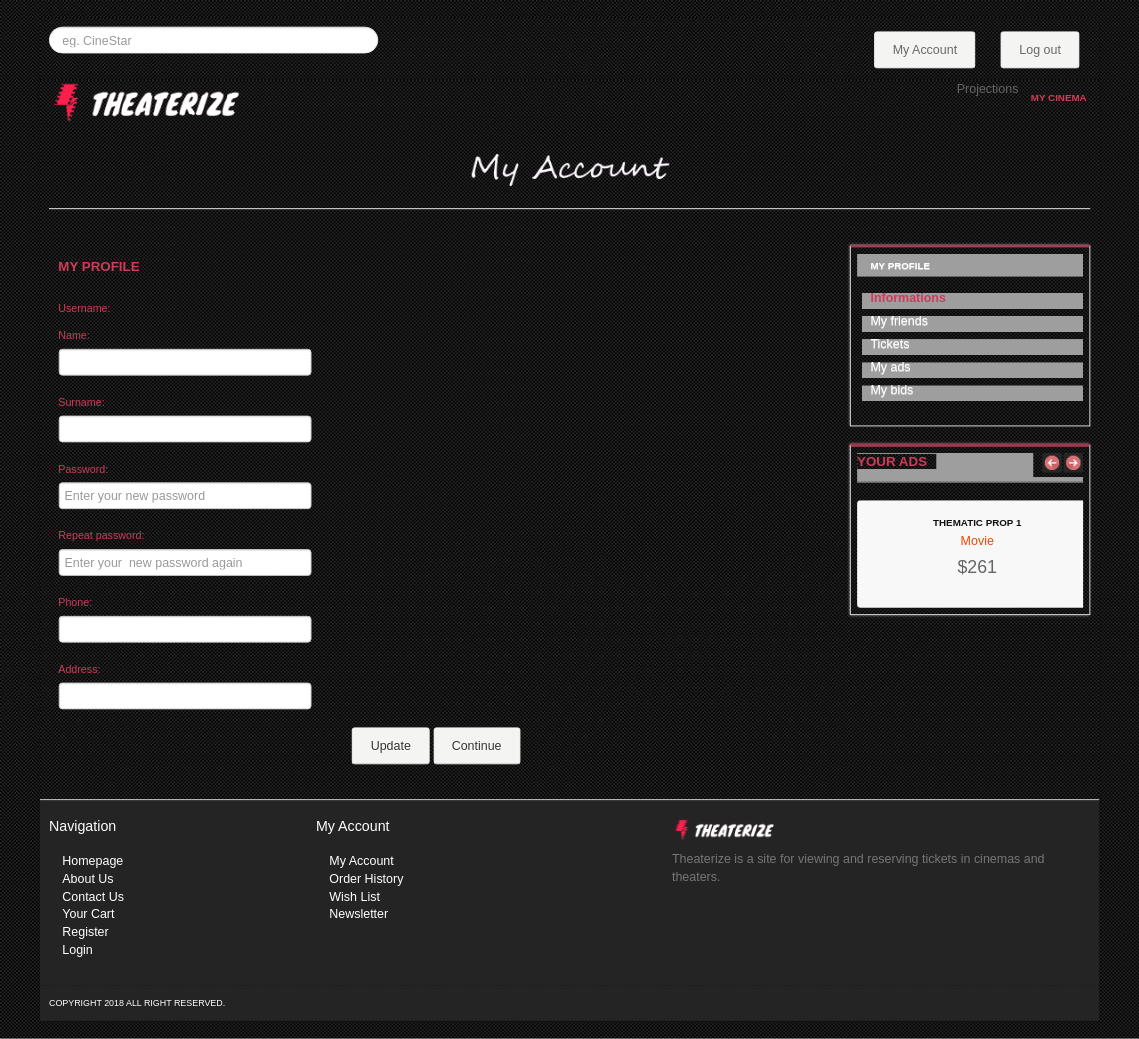
Repository: vulevule/ISA-MRS
Page: demo/src/main/resources/static/myaccount.html
These files come from the project's save history. The page is drawn as it stood at one moment and after the next save; the edit follows.
The browser window is 1280 px wide. The pictures show the whole page, at 89% of full size.
Pictures or frames that could not be fetched are drawn as grey boxes. The page's requests for data from a server got no answer. Backgrounds fixed to the window are drawn as part of the page. Some web fonts or font styles are not loaded; a fallback is used. Some web libraries are served in a nearby version.

Above is the page before, as saved 2018-06-17 23:43:42.

After the next save:
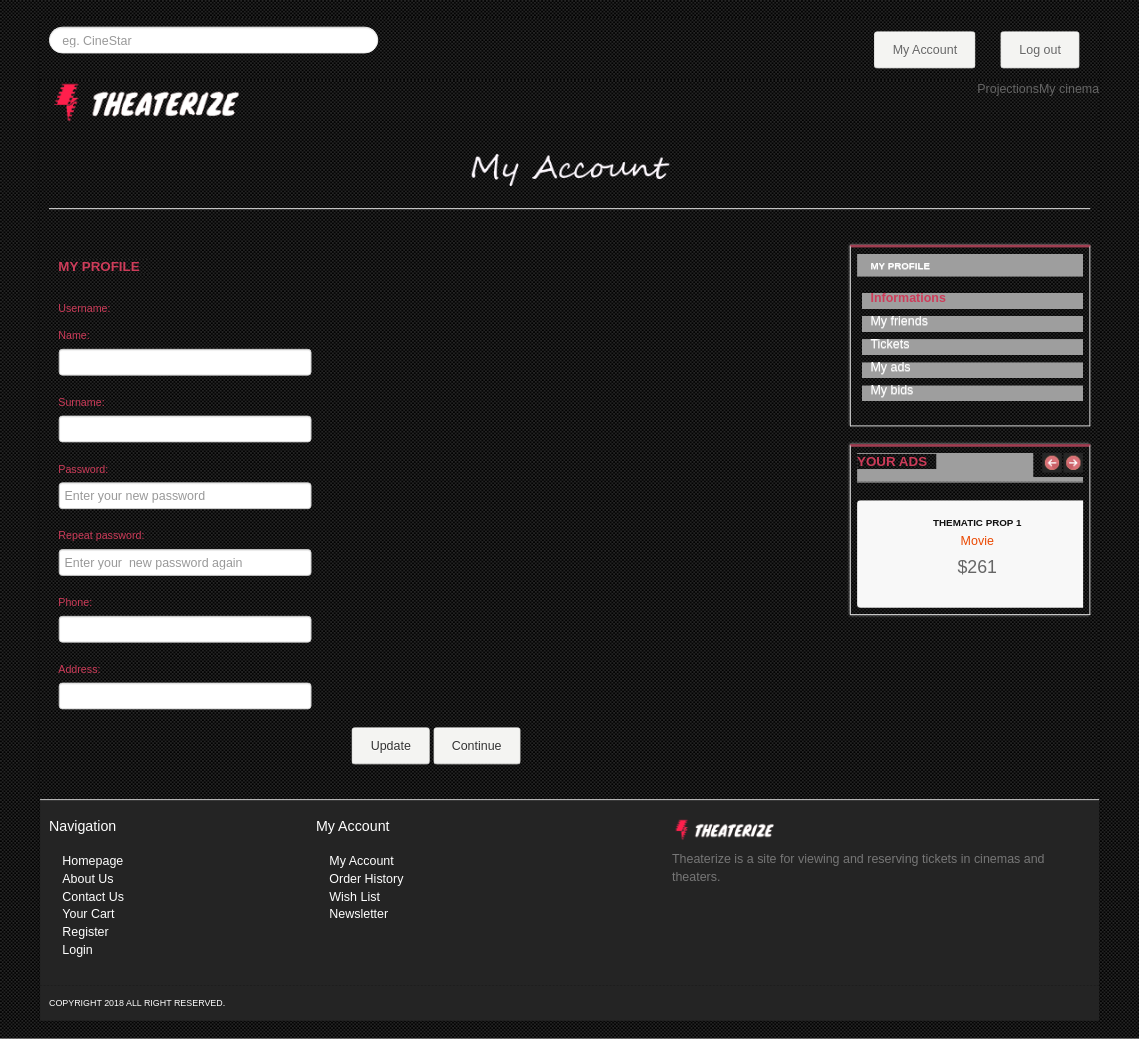
Saved 10 s later.
--- a/demo/src/main/resources/static/myaccount.html
+++ b/demo/src/main/resources/static/myaccount.html
@@ -68,7 +68,7 @@
 									<li>Remove</li>
 								</ul>
 							</li>
-							<li><a href="./products.html">My cinema</a>
+							<li>My cinema
 								<ul>
 									<li>Show</li>
 									<li>Update</li>
